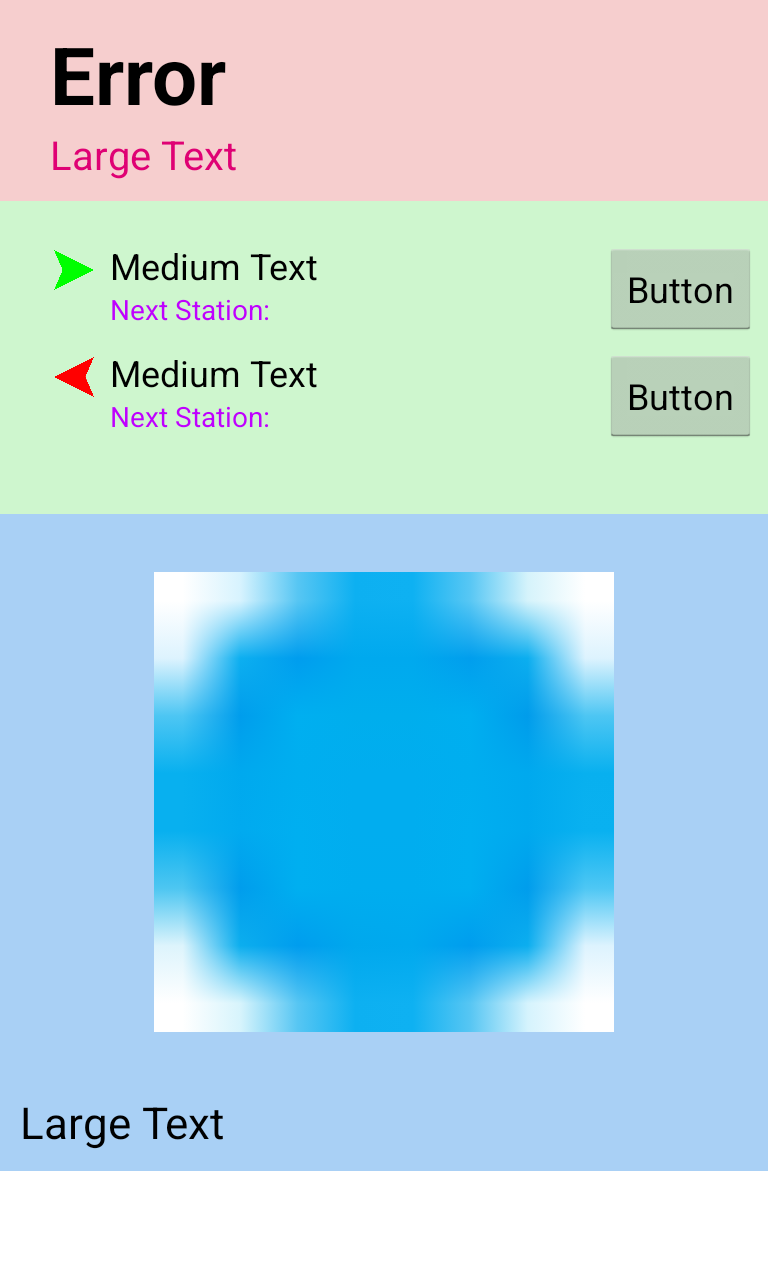
Repository: patheon17/myrepo2
Layout: workspace/UMBusTracking/res/layout/single_list_item_view.xml
The author's editor kept a copy of each file at every save. The layout is drawn from the files as they stood at one save, then again after the next save.
It is drawn on a 768 x 1280 px phone screen (xhdpi) without system bars, with theme AppTheme; the app's code is not run.

Above is the layout before, as saved 2013-10-03 19:37:14.

### workspace/UMBusTracking/res/layout/single_list_item_view.xml
<?xml version="1.0" encoding="utf-8"?>
<ScrollView xmlns:android="http://schemas.android.com/apk/res/android"
    android:layout_width="fill_parent" android:layout_height="fill_parent">

<RelativeLayout
    android:layout_width="match_parent"
    android:layout_height="match_parent"
    android:background="@color/background_lime"
    android:orientation="vertical" >


     <RelativeLayout
        android:id="@+id/div2"
        android:layout_width="match_parent"
        android:layout_height="wrap_content"
        android:background="#F6CECE"
        android:padding="10sp">

    <TextView
        android:id="@+id/viewstoptitle"
        android:layout_width="fill_parent"
        android:layout_height="wrap_content"
        android:paddingLeft="15sp"

        android:text="@string/viewstoptitle"
        android:textColor="#000000"
        android:textSize="40sp"
        android:textStyle="bold" />

    <TextView
        android:id="@+id/routename"
        android:layout_width="match_parent"
        android:layout_height="wrap_content"
        android:layout_below="@+id/viewstoptitle"
        android:paddingLeft="15sp"
        android:textSize="20sp"
        android:text="Large Text"
        android:textColor="#DF0174"
        android:textAppearance="?android:attr/textAppearanceLarge" />
</RelativeLayout>


    <RelativeLayout
        android:id="@+id/div1"
        android:layout_width="match_parent"
        android:layout_height="wrap_content"
        android:layout_below="@+id/div2"
        android:background="#CEF6CE"
        android:padding="5sp"
        android:paddingBottom="10sp"
        >

    <TextView
        android:id="@+id/routeto11"
        android:layout_width="wrap_content"
        android:layout_height="wrap_content"
        android:layout_alignLeft="@+id/nextstation"
         android:layout_below="@+id/nextstation"
         android:layout_marginTop="10sp"
        android:text="Medium Text"
        android:textAppearance="?android:attr/textAppearanceMedium" />


    <TextView
        android:id="@+id/routefrom"
        android:layout_width="wrap_content"
        android:layout_height="wrap_content"
        android:layout_alignParentLeft="true"
        android:layout_below="@+id/routename"
        android:layout_marginLeft="50dp"
        android:text="Medium Text"
         android:layout_marginTop="15sp"
        android:textAppearance="?android:attr/textAppearanceMedium" />

    <ImageView
        android:id="@+id/greenarrow"
        android:layout_width="20sp"
        android:layout_height="20sp"
        android:layout_alignParentLeft="true"
        android:layout_alignBottom="@+id/routefrom"
        android:layout_marginLeft="22dp"

        android:src="@drawable/arrowgreen" />

    <TextView
        android:id="@+id/nextstation"
        android:layout_width="wrap_content"
        android:layout_height="wrap_content"
        android:layout_alignLeft="@+id/routefrom"
        android:layout_below="@+id/routefrom"
        android:text="Next Station: "
        android:textColor="#BF00FF"
        android:textAppearance="?android:attr/textAppearanceSmall" />

    <ImageView
        android:id="@+id/redarrow"
        android:layout_width="20sp"
        android:layout_height="20sp"
        android:layout_alignLeft="@+id/greenarrow"
         android:layout_alignBottom="@+id/routeto11"
        android:src="@drawable/redarrow" />



    <TextView
        android:id="@+id/nextstation1"
        android:layout_width="wrap_content"
        android:layout_height="wrap_content"
        android:layout_alignLeft="@+id/routeto11"
        android:layout_below="@+id/routeto11"
        android:text="Next Station: "
         android:textColor="#BF00FF"
        android:textAppearance="?android:attr/textAppearanceSmall"
       />


    <Button
        android:id="@+id/button1"
        android:layout_width="wrap_content"
        android:layout_height="wrap_content"
        android:layout_alignParentRight="true"
         android:layout_alignTop="@+id/routefrom"
        android:text="Button" />

    <Button
        android:id="@+id/button2"
        android:layout_width="wrap_content"
        android:layout_height="wrap_content"
        android:layout_alignLeft="@+id/button1"
        android:layout_below="@+id/nextstation"
       android:layout_alignTop="@+id/routeto11"
        android:text="Button"
        android:layout_marginBottom="30sp"
        />


    </RelativeLayout>

     <ImageView
        android:id="@+id/imageView1"
        android:layout_width="match_parent"
        android:layout_height="250dp"
        android:layout_alignParentLeft="true"
        android:layout_below="@+id/div1"
        android:layout_marginTop="19dp"
        android:padding="10sp"
        android:src="@drawable/stops" />

     <TextView
        android:id="@+id/description"
        android:layout_width="match_parent"
        android:layout_height="wrap_content"
        android:layout_below="@+id/imageView1"
        android:text="Large Text"
        android:layout_marginTop="10sp"
        android:padding="10sp"
        android:textAppearance="?android:attr/textAppearanceLarge" />

</RelativeLayout>
</ScrollView>

### workspace/UMBusTracking/res/values/styles.xml
<resources>

    <!--
        Base application theme, dependent on API level. This theme is replaced
        by AppBaseTheme from res/values-vXX/styles.xml on newer devices.
    -->
    <style name="AppBaseTheme" parent="android:Theme.Light">
        <!--
            Theme customizations available in newer API levels can go in
            res/values-vXX/styles.xml, while customizations related to
            backward-compatibility can go here.
        -->
    </style>

    <!-- Application theme. -->
    <style name="AppTheme" parent="AppBaseTheme">
        <!-- All customizations that are NOT specific to a particular API-level can go here. -->
    </style>


</resources>

### workspace/UMBusTracking/res/values/strings.xml
<?xml version="1.0" encoding="utf-8"?>
<resources>

    <string name="app_name">UMBusTracking</string>
    <string name="action_settings">Settings</string>
    <string name="hello_world">Hello world!</string>
    <string name="button">Connect</string>
    <string name="title_activity_info">InfoActivity</string>
    <string name="title_activity_test2">Test2</string>
    <string name="title_activity_view_stops_details">View Bus Stops Details/Information</string>
    <string name="viewstoptitle">Error</string>
    <string name="title_activity_nearest_stop">NearestStop</string>
    <string name="displaystop">error</string>

    <color name="background_lime">#A9D0F5</color>

    <string name="routename">On Route</string>
    <string name="stopname">Bus Stop</string>
    <string name="title_activity_display_busses">DisplayBusses</string>

</resources>

Loaded but not shown: workspace/UMBusTracking/res/values-v11/styles.xml (common file); workspace/UMBusTracking/res/values-v14/styles.xml (common file)

After the next save:
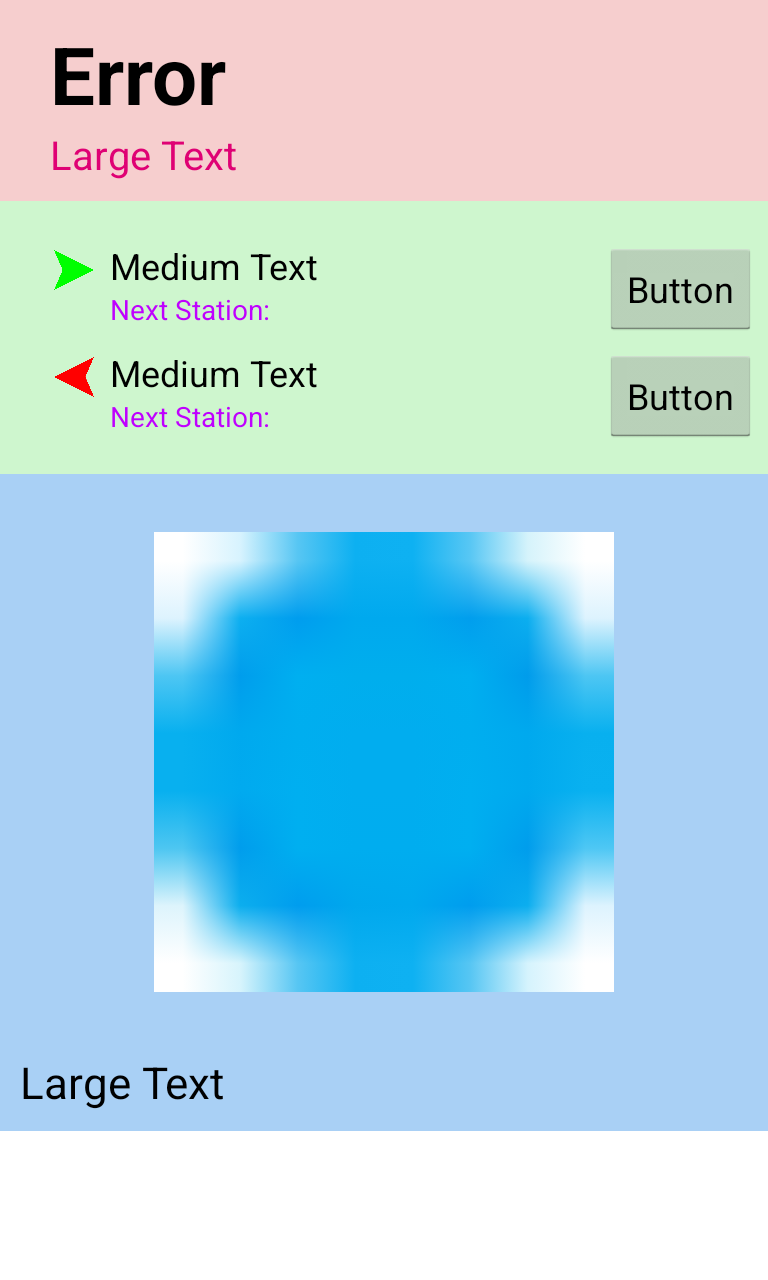
Saved 49 s later.
--- a/workspace/UMBusTracking/res/layout/single_list_item_view.xml
+++ b/workspace/UMBusTracking/res/layout/single_list_item_view.xml
@@ -130,7 +130,7 @@
         android:layout_below="@+id/nextstation"
        android:layout_alignTop="@+id/routeto11"
         android:text="Button"
-        android:layout_marginBottom="30sp"
+        android:layout_marginBottom="10sp"
         />
 
 
